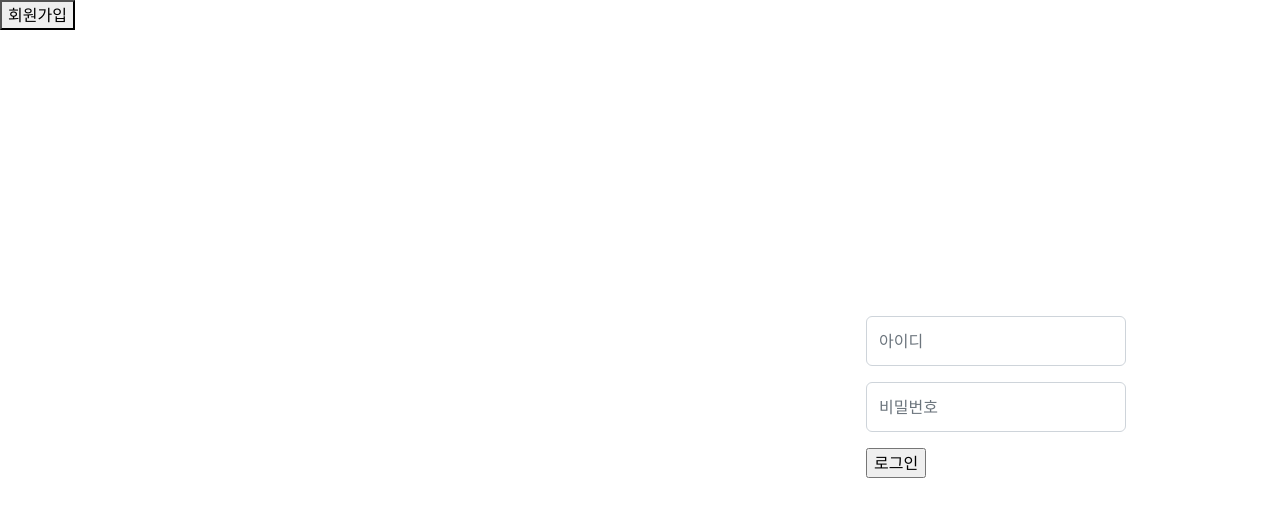
Repository: kokoko12334/myvocab-toy
Page: http://localhost/myVocabularyList/home.jsp
These files come from the project's save history. The page is drawn as it stood at one moment and after the next save; the edit follows.
The browser window is 1280 px wide. The pictures show the whole page.
The page is served by Tomcat 9.

Above is the page before, as saved 2023-04-08 04:20:15.

After the next save:
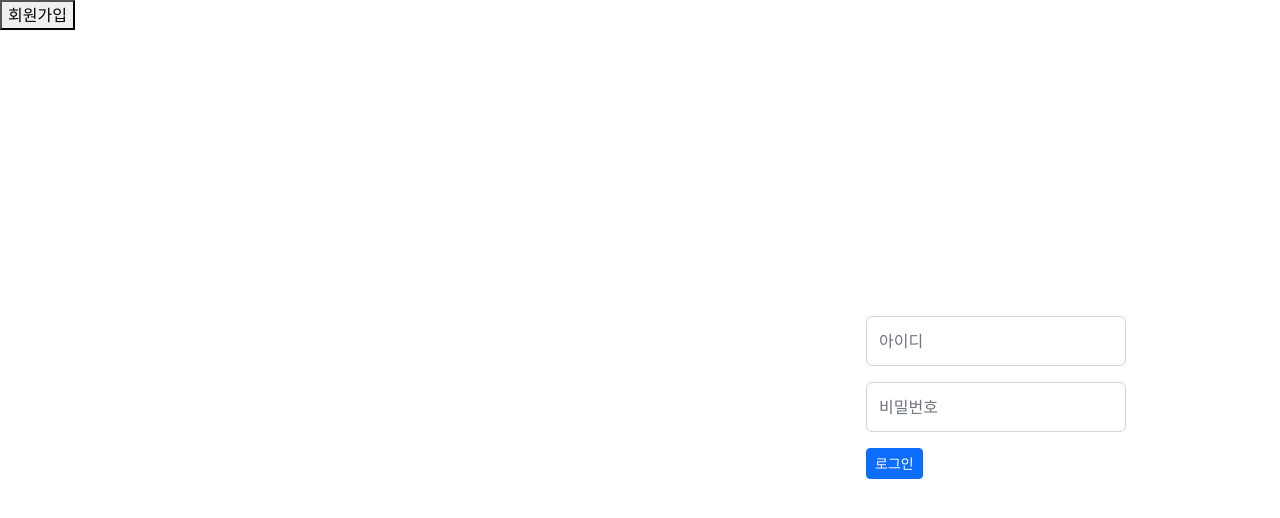
Saved 80 s later.
--- a/myVocabularyList/src/main/webapp/home.jsp
+++ b/myVocabularyList/src/main/webapp/home.jsp
@@ -19,7 +19,7 @@
 		<form action = "/login" method = "post" >
 			<input class="form-control my-3" style = "height:50px; width: 260px;" type = "text" name = "id" placeholder = "아이디">
 			<input class="form-control my-3" style = "height:50px; width: 260px;" type = "password" name = "pwd" placeholder = "비밀번호">
-			<input  type = "submit" value = "로그인">
+			<button  class="btn btn-primary btn-sm">로그인</button>
 
 		</form>
 	</div>
